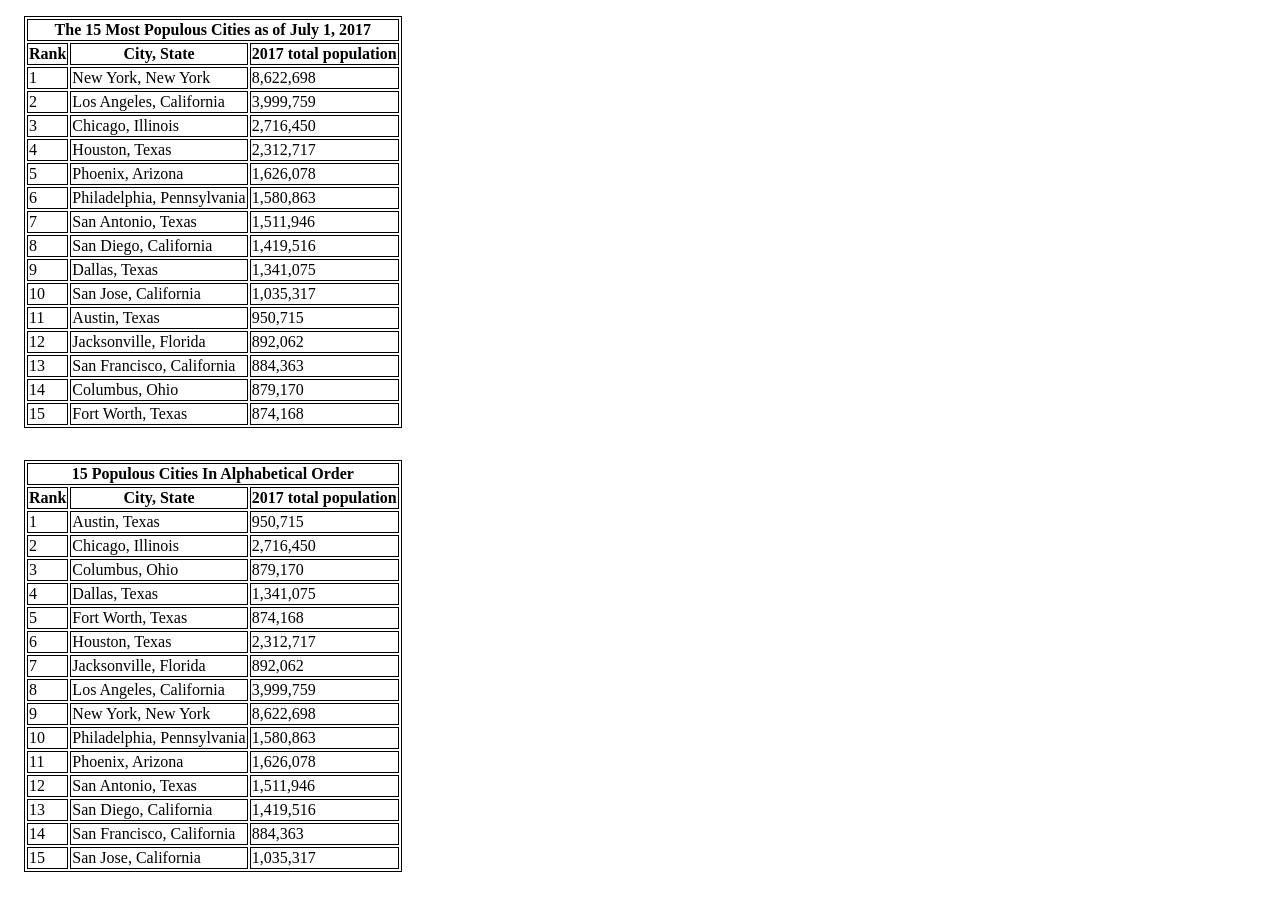
Repository: developergrace/cosw30
Page: http://localhost/homework/homework4/population.php
The author's editor kept a record of every edit. The page is drawn from the files as they stood at one moment, then again after the next edit.
The browser window is 1280 px wide. The pictures show the whole page.
The page is run by PHP 8.4 with error messages shown; the project is at /var/www/html/.

Above is the page before.

### homework/homework4/population.php
<!DOCTYPE html>
<html>
    <head>
        <meta charset="utf-8">
        <title>Activity 2: Array Table Output</title>
    </head>

    <style>
        table {
            margin: 1em 1em 2em;
            border: 1px solid black;
        }

        th, tr, td {
            border: 1px solid black;
        }
    </style>

    <body>
        <?php
            $states = [
                'New York, New York' => '8,622,698',
                'Los Angeles, California' => '3,999,759',
                'Chicago, Illinois' => '2,716,450',
                'Houston, Texas' => '2,312,717',
                'Phoenix, Arizona' => '1,626,078',
                'Philadelphia, Pennsylvania' => '1,580,863',
                'San Antonio, Texas' => '1,511,946',
                'San Diego, California' => '1,419,516',
                'Dallas, Texas' => '1,341,075',
                'San Jose, California' => '1,035,317',
                'Austin, Texas' => '950,715',
                'Jacksonville, Florida' => '892,062',
                'San Francisco, California' => '884,363',
                'Columbus, Ohio' => '879,170',
                'Fort Worth, Texas' => '874,168'
            ];
        ?>

        <table>
            <tr>
                <th colspan="3">The 15 Most Populous Cities as of July 1, 2017</th>
            </tr>

            <tr>
                <th>Rank</th>
                <th>City, State</th>
                <th>2017 total population</th>
            </tr>

            <?php
                $counter = 1;
                foreach($states as $key => $value):
            ?>

            <tr>
                <td><?php echo "$counter"; ?></td>
                <td><?php echo $key; ?></td>
                <td><?php echo $value; ?></td>
            </tr>

            <?php
                $counter++;
                endforeach;
            ?>
        </table>


        <?php
            ksort($states);
        ?>
        <table>
            <tr>
                <th colspan="3">15 Populous Cities In Alphabetical Order</th>
            </tr>

            <tr>
                <th>Rank</th>
                <th>City, State</th>
                <th>2017 total population</th>
            </tr>

            <?php
                $counter = 1;
                foreach($states as $key => $value):
            ?>

            <tr>
                <td><?php echo "$counter"; ?></td>
                <td><?php echo $key; ?></td>
                <td><?php echo $value; ?></td>
            </tr>

            <?php
                $counter++;
                endforeach;
            ?>
        </table>



    </body>
</html>

After the next edit:
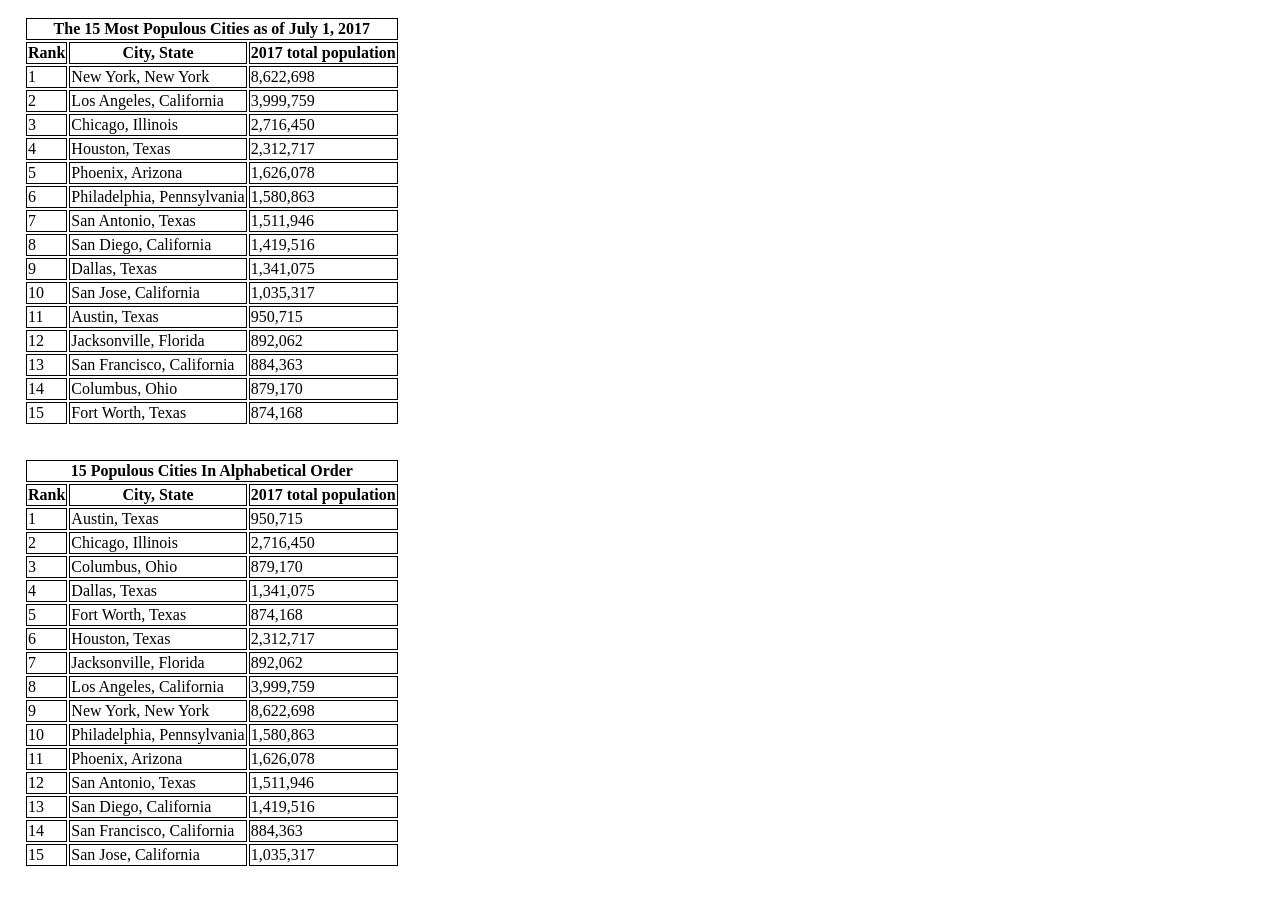
The edit:
--- a/homework/homework4/population.php
+++ b/homework/homework4/population.php
@@ -8,7 +8,6 @@
     <style>
         table {
             margin: 1em 1em 2em;
-            border: 1px solid black;
         }
 
         th, tr, td {
